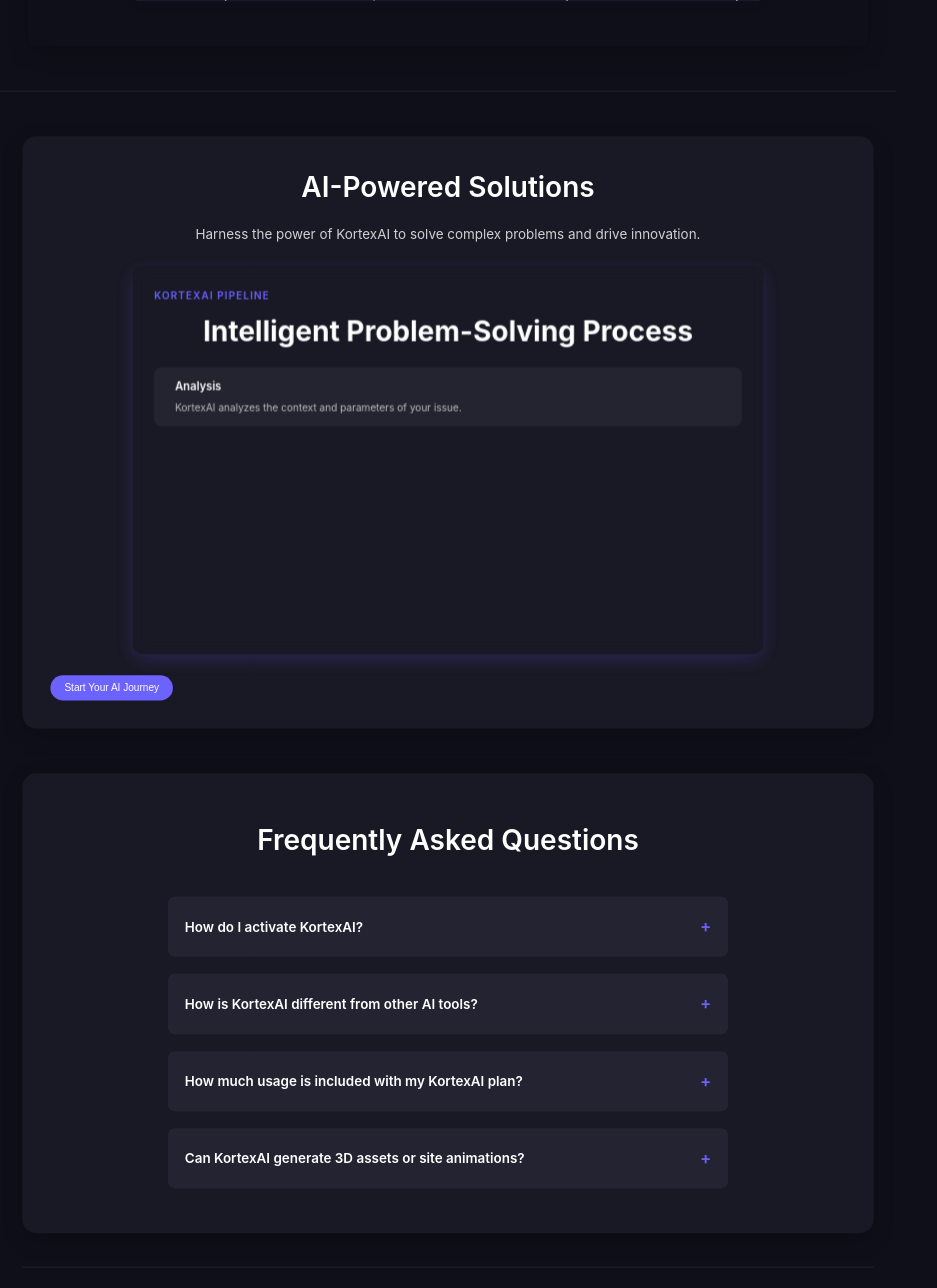
Repository: Rayyy-dev/Kortex-AI
Page: /
These files come from the project's save history. The page is drawn as it stood at one moment and after the next save; the edit follows.
The browser window is 1280 px wide. The page is 1338 px wide, so the pictures cover 1338 px, including what lies to the right of the window. The pictures show the part of the page from y = 1274 to 3114 px (the page is 3593 px tall before and 3569 px after), at 70% of full size.
The project was rebuilt for these pictures with package versions that can differ from the ones it lists, and the page was loaded fresh each time.

Above is the page before, as saved 2024-10-15 21:25:50.

After the next save:
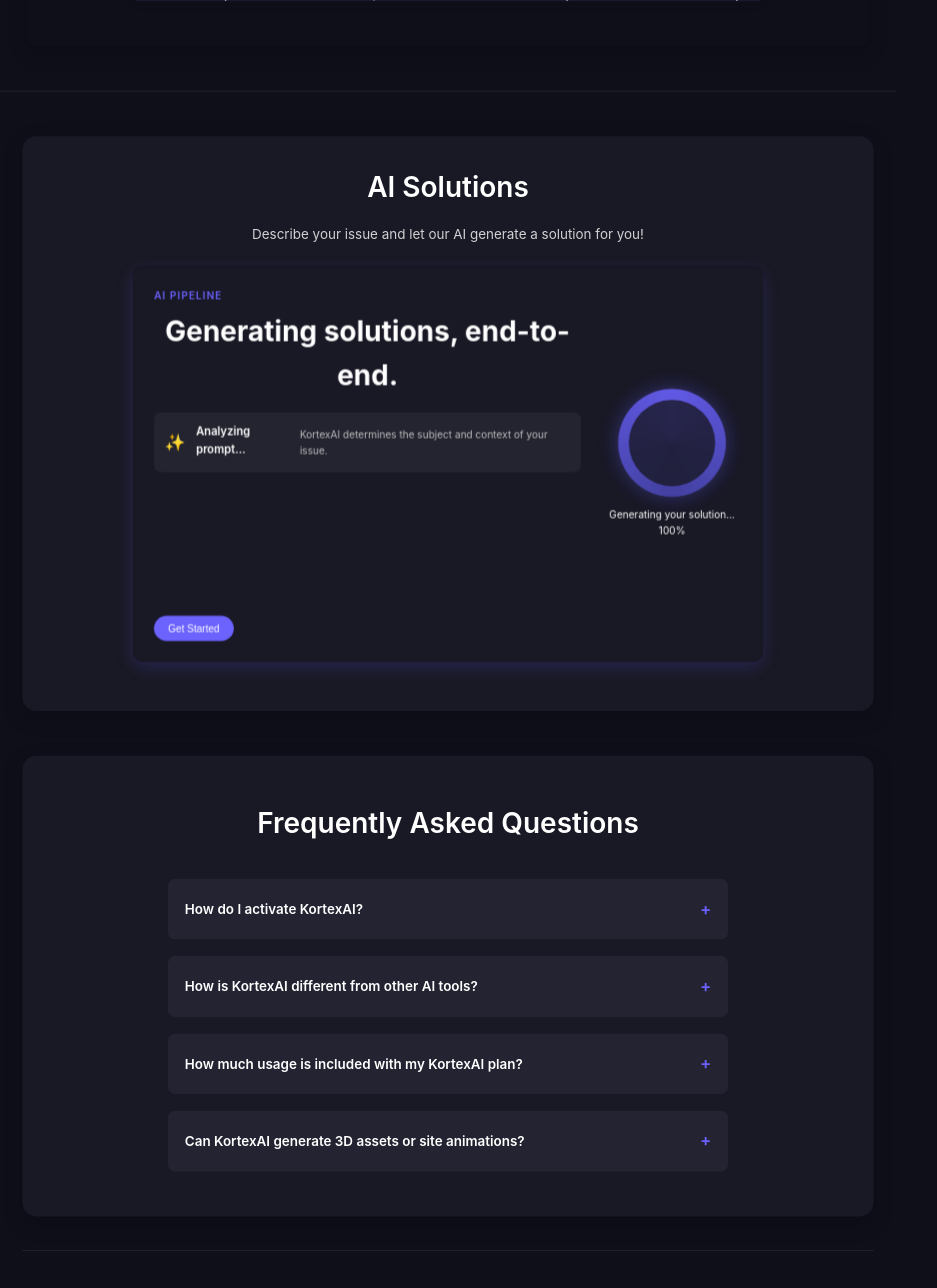
Saved 15 s later.
--- a/src/App.js
+++ b/src/App.js
@@ -285,35 +285,56 @@
         <div className="background-section" ref={backgroundRef}>
           <div className="background-content">
             <div className="ai-solution-box">
-              <h2>AI-Powered Solutions</h2>
-              <p>Harness the power of KortexAI to solve complex problems and drive innovation.</p>
-
+              <h2>AI Solutions</h2>
+              <p>Describe your issue and let our AI generate a solution for you!</p>
+
+              {/* New AI Pipeline Section */}
               <div className="ai-pipeline-section">
-                <h3 className="ai-pipeline-subtitle">KortexAI Pipeline</h3>
-                <h2 className="ai-pipeline-title">Intelligent Problem-Solving Process</h2>
-                <div className="ai-pipeline-steps">
-                  {[
-                    { icon: 'fa-solid fa-magnifying-glass', title: 'Analysis', description: 'KortexAI analyzes the context and parameters of your issue.' },
-                    { icon: 'fa-solid fa-lightbulb', title: 'Solution Generation', description: 'Our AI crafts tailored solutions based on comprehensive analysis.' },
-                    { icon: 'fa-solid fa-gears', title: 'Optimization', description: 'Solutions are refined and optimized for maximum efficiency.' },
-                    { icon: 'fa-solid fa-rocket', title: 'Implementation', description: 'Seamlessly integrate the AI-generated solution into your workflow.' }
-                  ].map((step, index) => (
-                    <div key={index} className={`ai-pipeline-step ${activeStep === index ? 'active' : ''}`}>
-                      <div className="step-icon-container">
-                        <i className={`${step.icon} step-icon`}></i>
+                <div className="ai-pipeline-content">
+                  <div className="ai-pipeline-text">
+                    <h3 className="ai-pipeline-subtitle">AI Pipeline</h3>
+                    <h2 className="ai-pipeline-title">Generating solutions, end-to-end.</h2>
+                    <div className="ai-pipeline-steps">
+                      <div className={`ai-pipeline-step ${activeStep === 0 ? 'active' : ''}`}>
+                        <span className="step-icon">✨</span>
+                        <h4>Analyzing prompt...</h4>
+                        <p>KortexAI determines the subject and context of your issue.</p>
                       </div>
-                      <div className="step-content">
-                        <h4>{step.title}</h4>
-                        <p>{step.description}</p>
+                      <div className={`ai-pipeline-step ${activeStep === 1 ? 'active' : ''}`}>
+                        <span className="step-icon">🔧</span>
+                        <h4>Crafting solutions...</h4>
+                        <p>Next, it generates tailored solutions based on the analysis.</p>
+                      </div>
+                      <div className={`ai-pipeline-step ${activeStep === 2 ? 'active' : ''}`}>
+                        <span className="step-icon">🚀</span>
+                        <h4>Review and implement!</h4>
+                        <p>The solution is ready – your turn to put it into action.</p>
                       </div>
                     </div>
-                  ))}
+                    <div className="get-started-container">
+                      <button className="get-started-btn">Get Started</button>
+                    </div>
+                  </div>
+                  <div className="ai-pipeline-visual">
+                    <div className="ai-orb">
+                      <div className="ai-orb-inner"></div>
+                    </div>
+                    <p className="generating-text">Generating your solution... {generatingProgress}%</p>
+                  </div>
                 </div>
               </div>
 
-              <button className="get-started-btn">Start Your AI Journey</button>
+              {/* Existing input and output areas */}
+              <div className="input-group">
+                <input type="text" placeholder="Enter your issue here..." />
+                <button className="generate-btn">Generate Solution</button>
+              </div>
+              <div className="solution-output">
+                <p>AI-generated solution will appear here...</p>
+              </div>
             </div>
 
+            {/* New FAQ Section */}
             <div className="faq-section">
               <h2 className="faq-title">Frequently Asked Questions</h2>
               <div className="faq-list">
@@ -325,6 +346,7 @@
           </div>
         </div>
 
+        {/* New footer content */}
         <div className="footer-links">
           <div className="footer-column">
             <h3>Explore</h3>
@@ -368,6 +390,7 @@
         </div>
       </footer>
 
+      {/* AI Solutions Modal */}
       {isModalOpen && (
         <div className="modal-overlay">
           <div className="modal-content">
